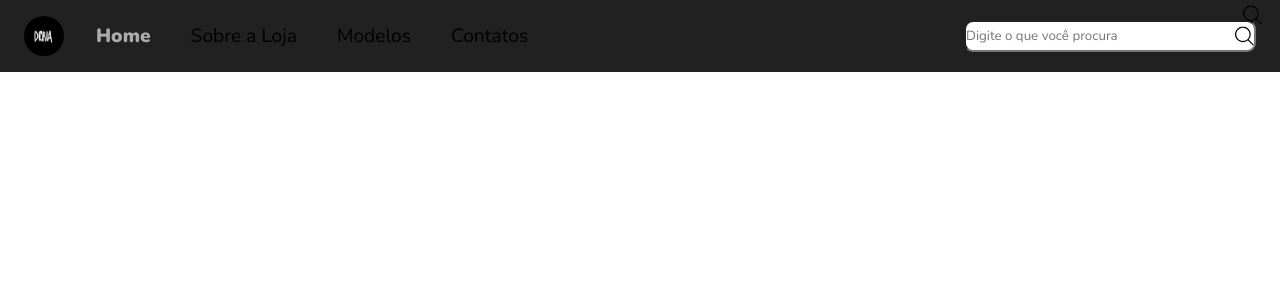
Repository: analessp/dicriastreet
Page: index.html
The author's editor kept a copy of each file at every save. The page is drawn from the files as they stood at one save, then again after a run of saves.
The browser window is 1280 px wide. The pictures show the whole page.

Above is the page before, as saved 2025-04-17 12:27:46.

### index.html
<!DOCTYPE html>
<html lang="pt-BR">

<head>
    <meta charset="UTF-8">
    <meta name="viewport" content="width=device-width, initial-scale=1.0">
    <title>dicriastreet</title>
    <link rel="preconnect" href="https://fonts.googleapis.com">
    <link rel="preconnect" href="https://fonts.gstatic.com" crossorigin>
    <link
        href="https://fonts.googleapis.com/css2?family=Nunito:ital,wght@0,200..1000;1,200..1000&family=Outfit:wght@100..900&display=swap"
        rel="stylesheet">
    <link rel="stylesheet" href="style.css">
</head>

<body>
    <header>
        <nav id="header-nav">
            <img src="/assets/logo.png" alt="Logo dicriastreet" id="header-logo">
            <ul>
                <li>Home</li>
                <li>Sobre a Loja</li>
                <li>Modelos</li>
                <li>Contatos</li>
            </ul>
            </nav>
            <div id="header-search-bar">
                <input type="text" placeholder="Digite o que você procura">
                <button>
                    <img id="search-icon" src="/assets/search.svg" alt="Imagem de uma lupa">
            </div>
    </header>
    <main>

    </main>
    <footer>

    </footer>
</body>

</html>

### style.css
:root {
    --background-color: #000000;
    --font-color: #ffffff;
    --primary-color: #adaaaa;
    --secondary-color: #212121;
}

* {
    margin: 0;
    padding: 0;
    font-family: "Nunito", sans-serif;
}

body {
    height: 100vh;
}

header {
    display: flex;
    align-items: center;
    justify-content: space-between;
    height: 3.5rem;
    background-color: var(--secondary-color);
    gap: 1.5rem;
    padding: 0.5rem 1.5rem;
}

#header-nav {
    display: flex;
    align-items: center;
    gap: 2rem;
}

#header-logo {
    width: 2.5rem;
    height: fit-content;
    border-radius: 100%;
}


#header-nav ul {
    display: flex;
    color: var(--var-secondary-color);
    font-size: 1.2rem;
    list-style: none;
    gap: 2.5rem;
}

#header-nav ul li:first-child {
    color: var(--primary-color);
    font-weight: 900;
}

#header-seach-bar {
    position: relative;
}

#header-search-bar input {
    border-radius: 9px;
    height: 1.8rem;
    width: 18rem;
    padding: 0 1 rem;
    background: url(/assets/search.svg);
    background-color: #ffffff;
    background-repeat: no-repeat;
    background-position: right;
}

#header-search-bar button {
    cursor: pointer;
    height: 1.8rem;
    width: 2rem;
    border-radius: 9px;
    background-color: var(--var-font-color);
    padding: 0.2rem 0.5rem;
    border: none;
    position: absolute;
    right: 0.8rem;
    top: 0.1rem;

    &:active {
        transform: scale(0.9);
        background-color: var(--secondary-color);
    }
}

After the next 2 saves:
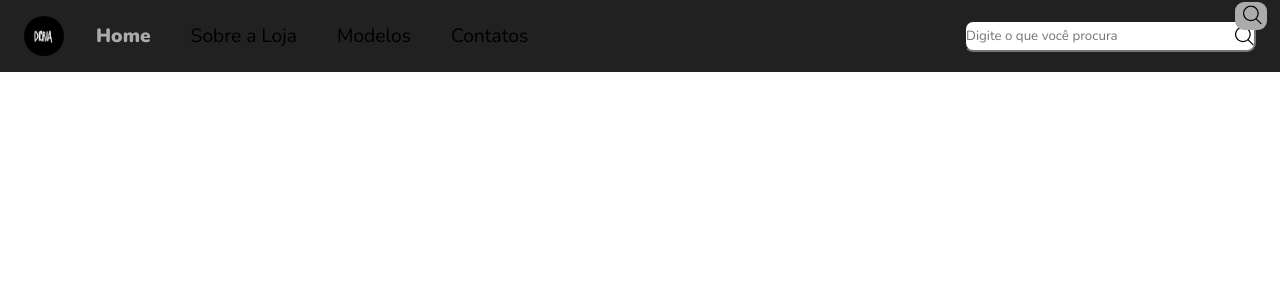
The 2 saves are shown as one change because they came seconds apart.
The last was saved 31 s later.
--- a/style.css
+++ b/style.css
@@ -71,7 +71,7 @@ header {
     height: 1.8rem;
     width: 2rem;
     border-radius: 9px;
-    background-color: var(--var-font-color);
+    background-color: var(--primary-color);
     padding: 0.2rem 0.5rem;
     border: none;
     position: absolute;
